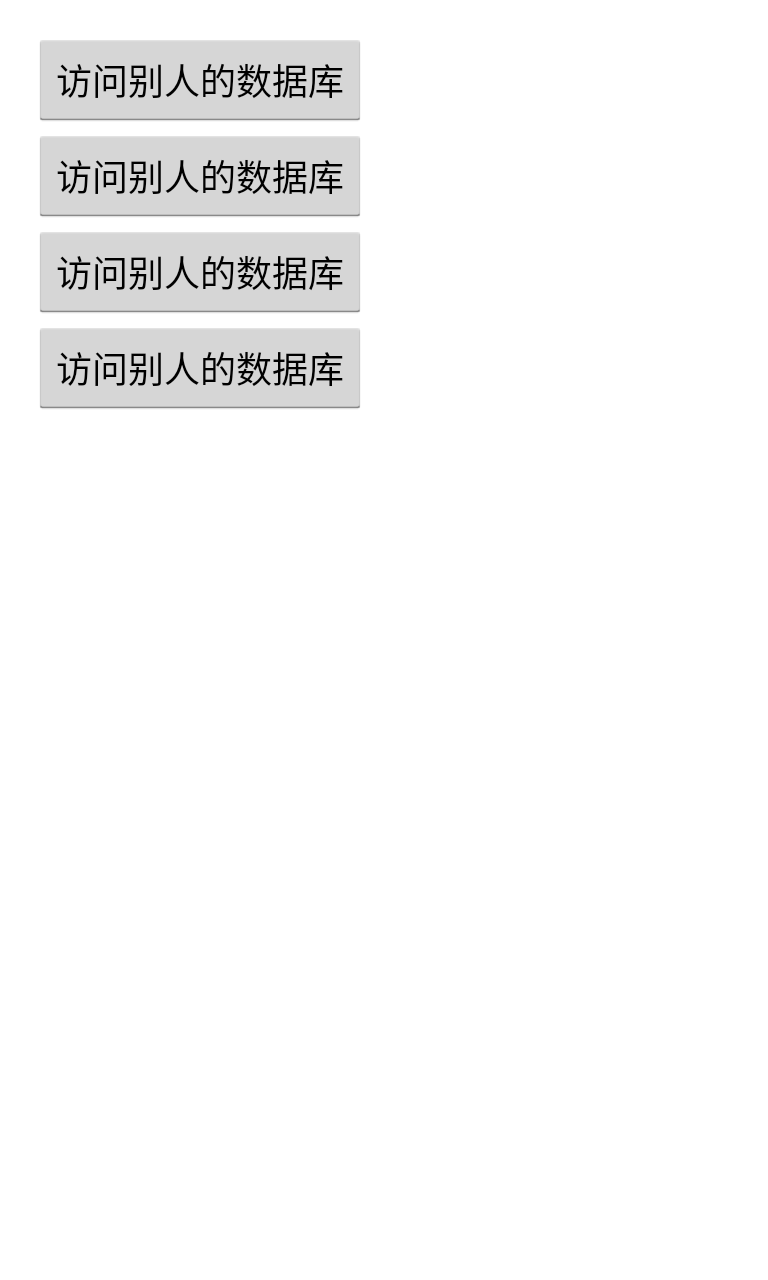
Repository: nickof/study
Layout: Android/itheima/day13_ContentProvider内容提供者/代码/Day13_02_访问其他应用的数据库/res/layout/activity_main.xml
The author's editor kept a copy of each file at every save. The layout is drawn from the files as they stood at one save, then again after the next save.
It is drawn on a 768 x 1280 px phone screen (xhdpi) without system bars, with theme AppTheme; the app's code is not run.

Above is the layout before, as saved 2016-09-21 02:58:12.

### Android/itheima/day13_ContentProvider内容提供者/代码/Day13_02_访问其他应用的数据库/res/layout/activity_main.xml
<LinearLayout xmlns:android="http://schemas.android.com/apk/res/android"
    xmlns:tools="http://schemas.android.com/tools"
    android:layout_width="match_parent"
    android:layout_height="match_parent"
    android:paddingBottom="@dimen/activity_vertical_margin"
    android:paddingLeft="@dimen/activity_horizontal_margin"
    android:paddingRight="@dimen/activity_horizontal_margin"
    android:paddingTop="@dimen/activity_vertical_margin"
    android:orientation="vertical"
    tools:context=".MainActivity" >

    <Button
        android:layout_width="wrap_content"
        android:layout_height="wrap_content"
        android:onClick="query"
        android:text="访问别人的数据库" />

    <Button
        android:layout_width="wrap_content"
        android:layout_height="wrap_content"
        android:onClick="query"
        android:text="访问别人的数据库" />

    <Button
        android:layout_width="wrap_content"
        android:layout_height="wrap_content"
        android:onClick="query"
        android:text="访问别人的数据库" />

    <Button
        android:layout_width="wrap_content"
        android:layout_height="wrap_content"
        android:onClick="query"
        android:text="访问别人的数据库" />

</LinearLayout>

Loaded but not shown: Android/itheima/day13_ContentProvider内容提供者/代码/Day13_02_访问其他应用的数据库/res/values/styles.xml (common file); Android/itheima/day13_ContentProvider内容提供者/代码/Day13_02_访问其他应用的数据库/res/values-v11/styles.xml (common file); Android/itheima/day13_ContentProvider内容提供者/代码/Day13_02_访问其他应用的数据库/res/values-v14/styles.xml (common file); Android/itheima/day13_ContentProvider内容提供者/代码/Day13_02_访问其他应用的数据库/res/values/dimens.xml (common file)

After the next save:
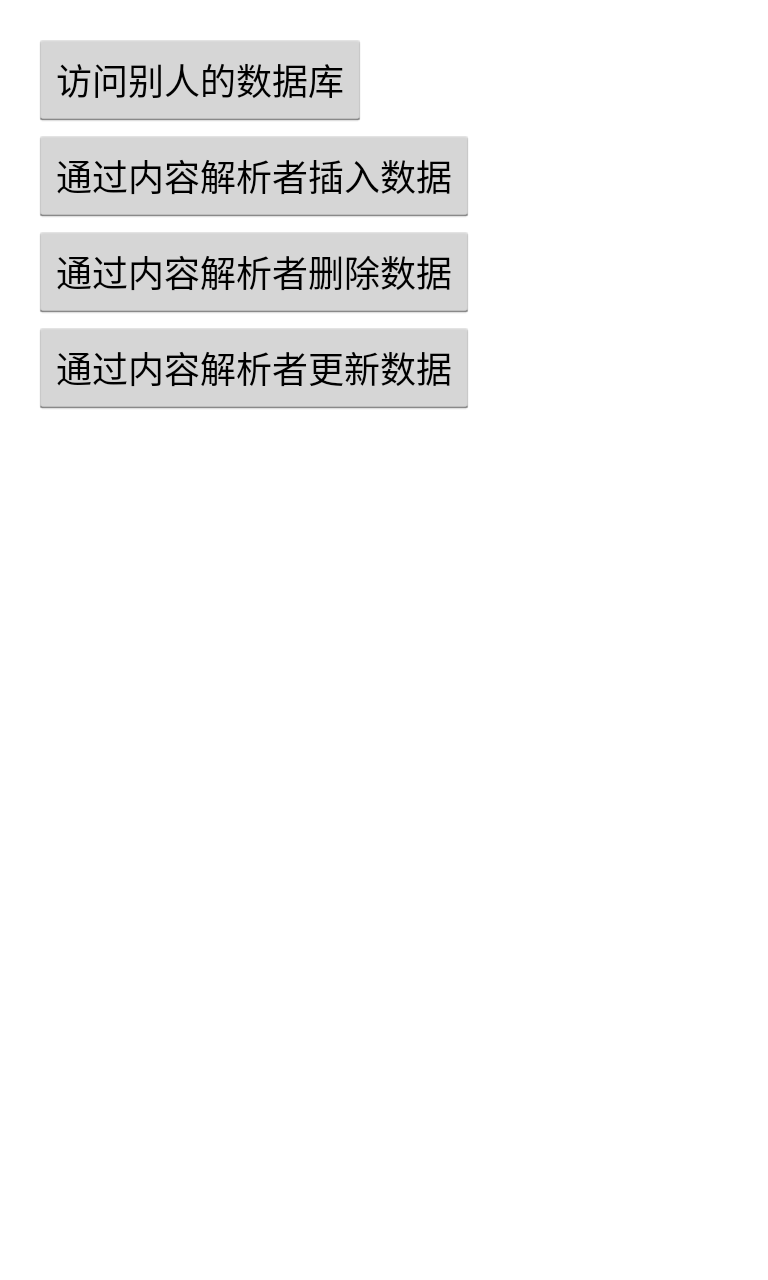
Saved 38 s later.
--- a/Android/itheima/day13_ContentProvider内容提供者/代码/Day13_02_访问其他应用的数据库/res/layout/activity_main.xml
+++ b/Android/itheima/day13_ContentProvider内容提供者/代码/Day13_02_访问其他应用的数据库/res/layout/activity_main.xml
@@ -18,19 +18,19 @@
     <Button
         android:layout_width="wrap_content"
         android:layout_height="wrap_content"
-        android:onClick="query"
-        android:text="访问别人的数据库" />
+        android:onClick="insert"
+        android:text="通过内容解析者插入数据" />
 
     <Button
         android:layout_width="wrap_content"
         android:layout_height="wrap_content"
-        android:onClick="query"
-        android:text="访问别人的数据库" />
+        android:onClick="delete"
+        android:text="通过内容解析者删除数据" />
 
     <Button
         android:layout_width="wrap_content"
         android:layout_height="wrap_content"
-        android:onClick="query"
-        android:text="访问别人的数据库" />
+        android:onClick="update"
+        android:text="通过内容解析者更新数据" />
 
 </LinearLayout>
